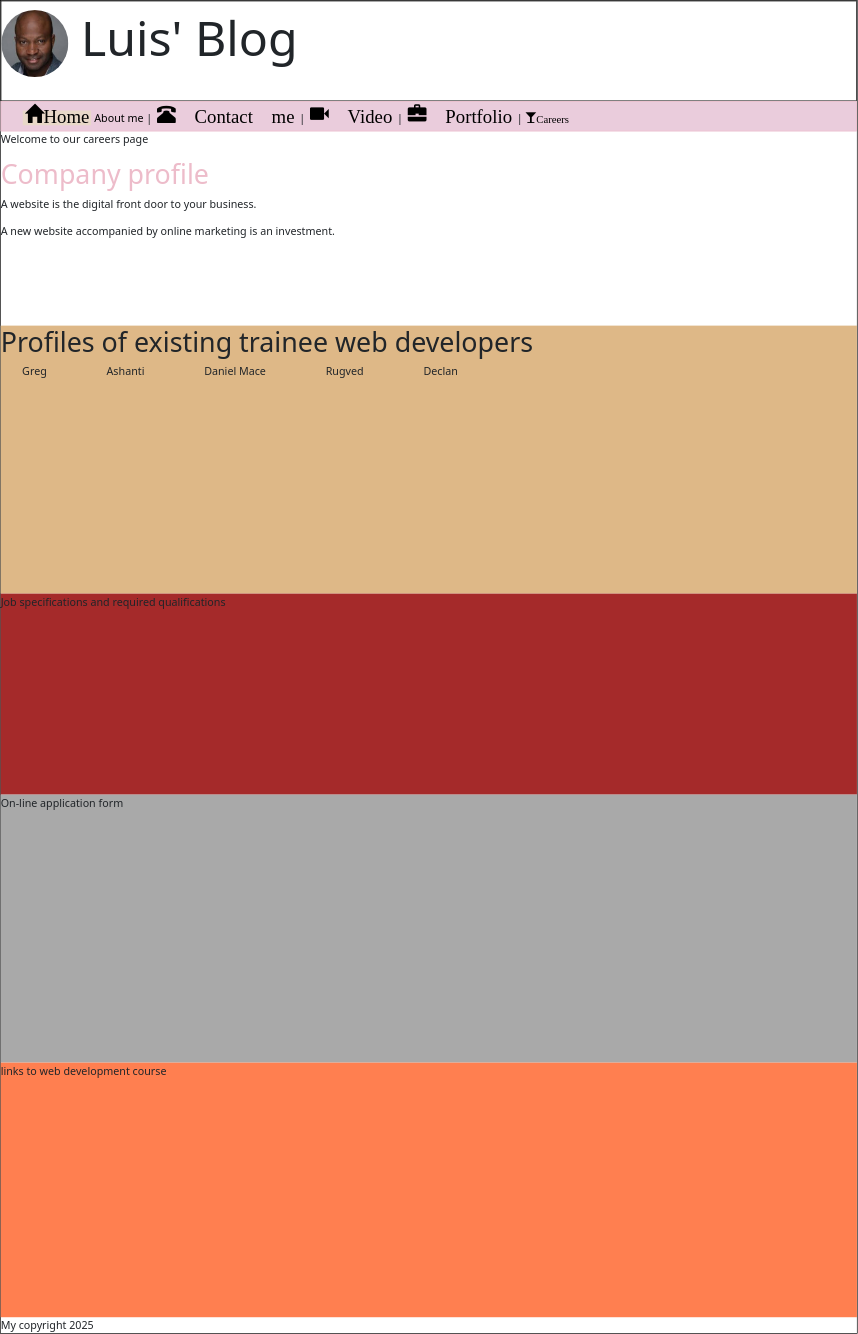
Repository: wduluis/wduluis.github.io
Page: careers.html
The author's editor kept a copy of each file at every save. The page is drawn from the files as they stood at one save, then again after the next save.
The browser window is 1280 px wide. The pictures show the whole page, at 67% of full size.

Above is the page before, as saved 2025-05-09 12:21:22.

### careers.html
<!doctype html>
<html lang="en-GB">

<head>
<meta charset="utf-8" />
<meta name="viewport" content="width=width-device, initial-scale=1 strink-to-fit=no" />
<meta description="Website development, Web design" />
<title>Luis's Blog </title>
<link rel="stylesheet" type="text/css" href="mycss/myblog.css" />
<script type="text/javascript" src="myjsfiles/mytasks.js"/> </script>

<link rel="stylesheet" type="text/css" href="my_bootstrap/css/bootstrap.min.css" />

<link rel="stylesheet" type="text/css" href="glyphicons-only-bootstrap/css/bootstrap.min.css" />

<script type="text/javascript" src="my_bootstrap/js/bootstrap.min.js" /> </script>

<script type="text/javascript" src="my_jquery/jquery-3.7.1.min.js" /> </script>




</head>
<body>
<div id="mypage">
<div id="banner"> <img src="images/luis_photo.jpg" alt="photo of Luis Ibhiabor" width="100" height="100"/> Luis' Blog</div>
<div id="topnav">
<ul>
<li class="hm"> <a href="index.html" class="glyphicon glyphicon-home gi-2x">Home</a></li>
<li> <a href="aboutus.html"> About me </a> </li> |
<li> <a href="contacts.html" class="glyphicon glyphicon-phone-alt gi-2x"> Contact me </a> </li> |
<li> <a href="video.html" class="glyphicon glyphicon glyphicon-facetime-video gi-2x"> Video </a> </li> |
<li> <a href="portfolio.html" class="glyphicon glyphicon glyphicon-briefcase gi-2x"> Portfolio </a> </li> |
<li> <a href="careers.html" class="glyphicon glyphicon-glass g1-2x">Careers</a></li>

</ul>
</div>

<div id="contentarea">
<p> Welcome to our careers page</p>

<div class="company_profile">
    <h1>Company profile</h1>
    <p id="pp1">A website is the digital front door to your business.</p>
    <p class="pp2">A new website accompanied by online marketing is an investment.</p>


</div>

<div class="current_trainees"><h1>Profiles of existing trainee web developers</h1>
<ul>
    <li class="name">Greg</li>
    <li class="name">Ashanti</li>
    <li class="name">Daniel Mace</li>
    <li class="name">Rugved</li>
    <li class="name">Declan</li>
</ul>


</div>

<div class="job_spec"><p>Job specifications and required qualifications</p></div>
<div class="application_form"><p>On-line application form</p></div>

<div class="our_courses"><p>links to web development course</p></div>

 </div>

<div id="pagefooter"> My copyright 2025 </div>

</div>
</body>
</html>

### mycss/myblog.css

body {
background-color: #fff;
font-family: Arial, Helvetica, sans-serif;
}

#mypage {
border: 1px solid #000;
/* width: 1400px; */
width: 100%;
}

#banner {
height: 150px;
border: 1px solid #000;
}

#topnav {
height: 45px;
border: 1px solid #edbcca;
}

/*Improving it starts here*/
#topnav {
background-color: #eaccdc;

}

.gi-2x{font-size: 28px; padding: 3px;}
.gi-3x{font-size: 3em;}
.gi-4x{font-size: 4em;}
.gi-5x{font-size: 5em;}


#banner img {
border-radius: 50%;

/*height: 100px; width: 100px; background-color: #ff5733; margin: auto;*/
}

/*Improving it ends here*/


#topnav ul li{
text-decoration: none;
display: inline;
}

#topnav a:link {
text-decoration: none;
color: #000;
}

#topnav a:visited {
color: #caadce;
}

#topnav a:hover {
background-color: #000;
}

#contentarea {
height: auto;
/* height: 700px; */

}


#banner {
font-size: 450%;

}

.hm {
height: 25px;
background-color: #e8d8c8;
}




/*
#topnav ul li {
text-decoration: none;
display: inline;

}

https://developers.google.com/fonts/docs/getting_started

#mypage {


border: 1px solid #000;
}

*/

.company_profile {
    width: 100%;
    height: 250px;
    /* background-color: #c8def2; */
    /* border-radius: 8px;
    margin: 10px; */
}

.current_trainees {
    width: 100%;
    height: 400px;
    background-color:burlywood;
}

.job_spec {
    width: 100%;
    height: 300px;
    background-color:brown;
}

.application_form {
    width: 100%;
    height: 400px;
    background-color:darkgray;
}

.our_courses {
    width: 100%;
    height: 380px;
    background-color: coral;
}

.current_trainees ul li{
    display: inline;
    margin-right: 85px;
}

.company_profile h1 {
    color: #edbcca;
}

.company_profile pp1 {
     padding-left: 250px;
     border-radius: 10px;
     background-color: #caadce;
}

.company_profile pp2 {
    color: #fff;
    padding-left: none !important;
}

### myjsfiles/mytasks.js
/*
document.write("Hello World!");
window.alert("Welcome to my blog!");
*/

Loaded but not shown: my_bootstrap/css/bootstrap.min.css (library); glyphicons-only-bootstrap/css/bootstrap.min.css (library); my_bootstrap/js/bootstrap.min.js (library); my_jquery/jquery-3.7.1.min.js (library)

After the next save:
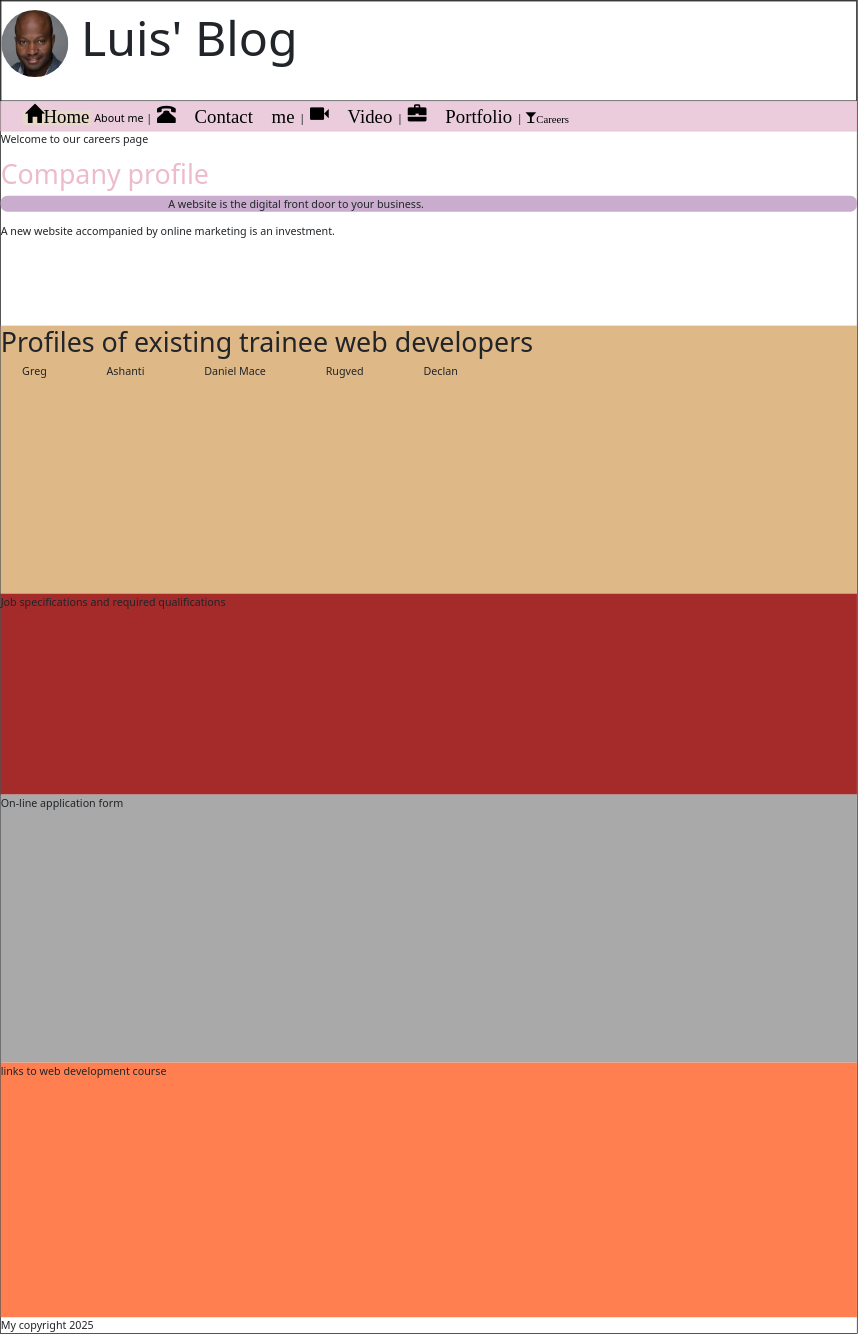
Saved 16 s later.
--- a/mycss/myblog.css
+++ b/mycss/myblog.css
@@ -137,7 +137,7 @@ border: 1px solid #000;
     color: #edbcca;
 }
 
-.company_profile pp1 {
+.company_profile #pp1 {
      padding-left: 250px;
      border-radius: 10px;
      background-color: #caadce;
